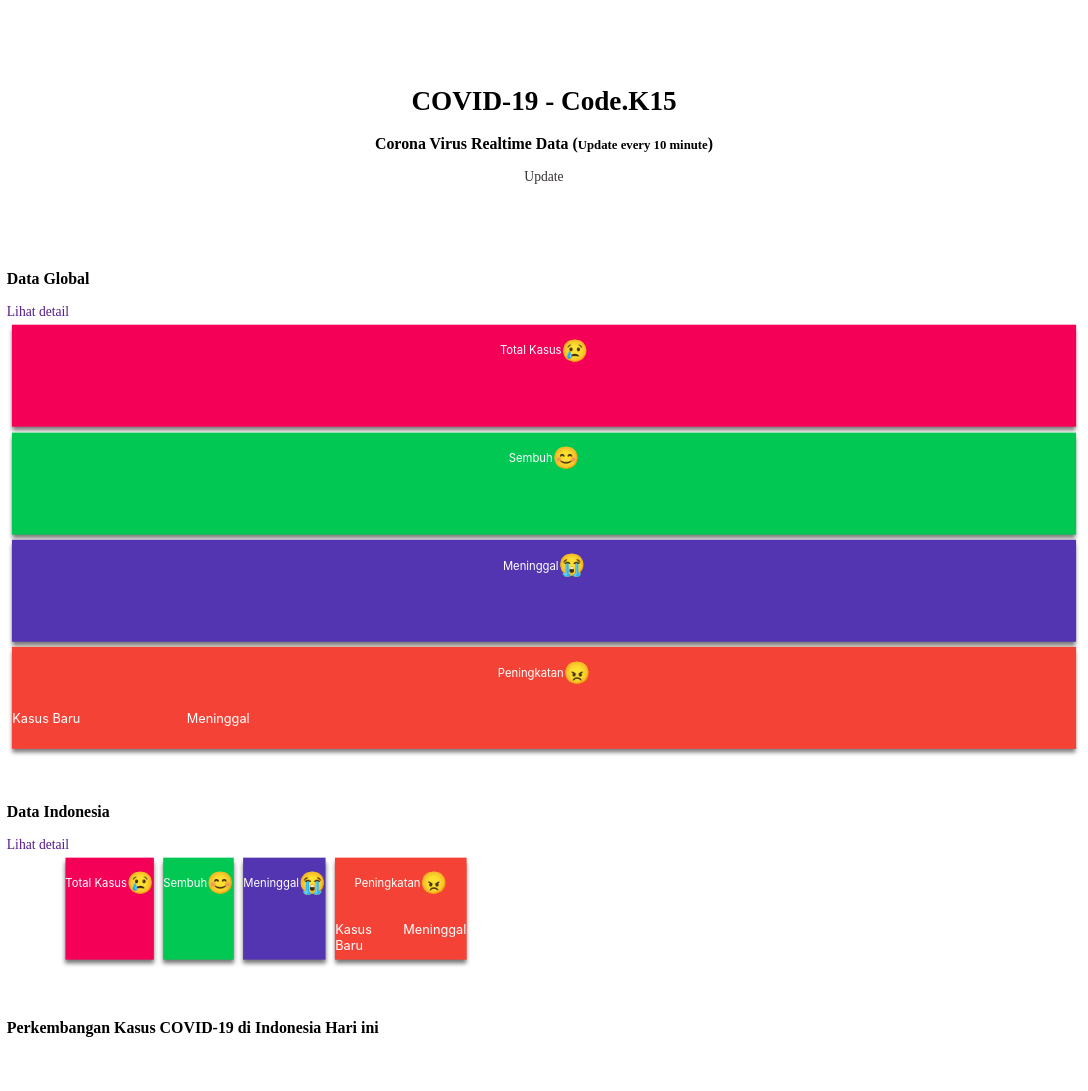
Repository: fathur15/covid19-monitoring
Page: http://localhost/covid19/apps/views/data/main/dashboard.php
An editor plug-in stored every save of this project. The page is shown before and after the next save, followed by the edit.
The browser window is 1280 px wide. The pictures show the whole page, at 85% of full size.
The page is run by PHP 8.4 with error messages shown; the project is at /var/www/html/.

Above is the page before, as saved 2020-04-14 13:54:48.

After the next save:
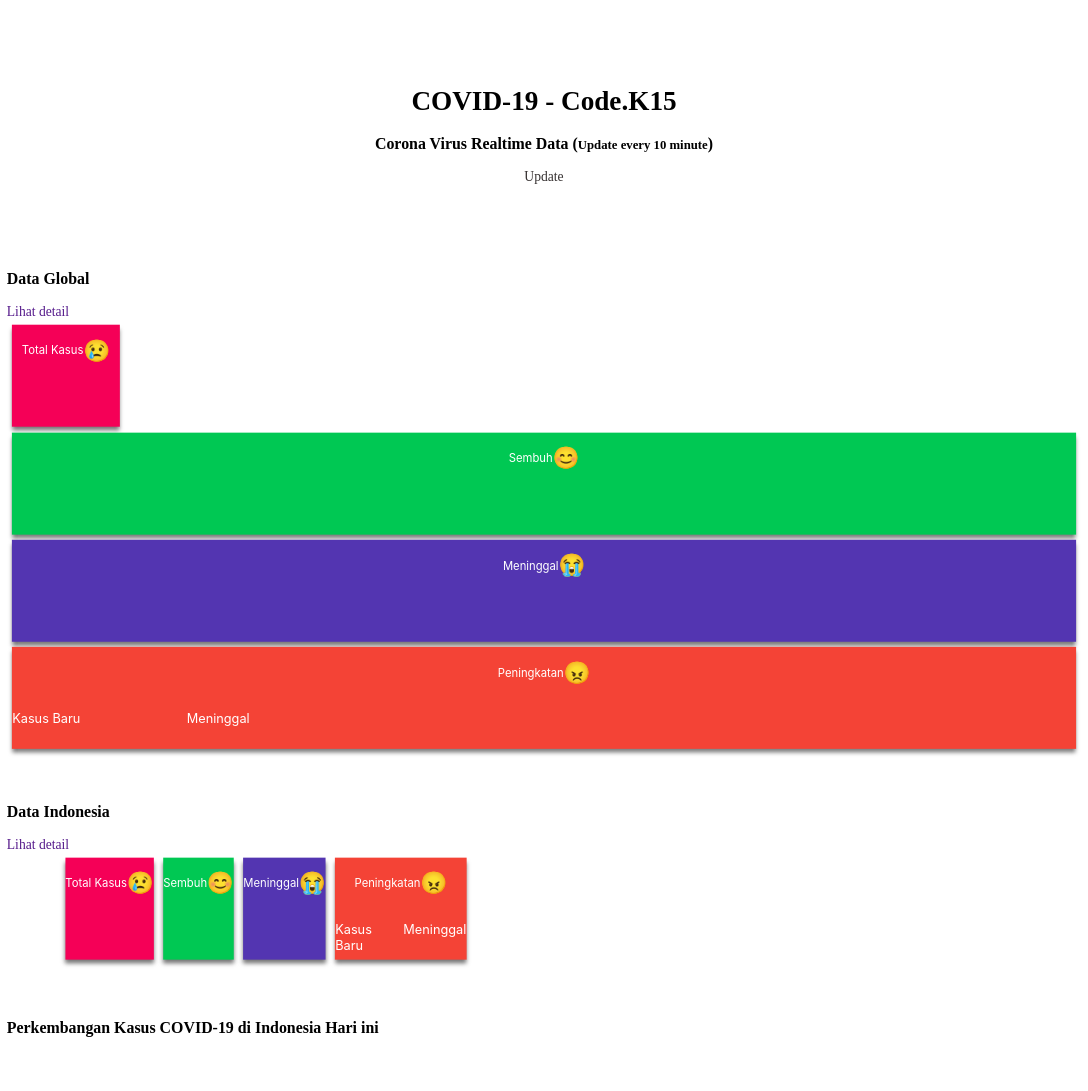
Saved 46 s later.
--- a/apps/views/data/main/dashboard.php
+++ b/apps/views/data/main/dashboard.php
@@ -46,7 +46,7 @@
                 </div>
                 <div id="resumeGlobal" class="" style="width: 100%;" >
                     <div class="row">
-                        <div class="card col-sm-3 shadow-box" style="background: #f50057; margin: 0.5%; align-items: center; height: 120px ">
+                        <div class="card col-sm-3 shadow-box" style=" width: 10% ;background: #f50057; margin: 0.5%; align-items: center; height: 120px ">
                             <div class="card-body">
                                 <div style="flex-direction: row; display: flex; justify-content: center; align-items: center">
                                     <h5 id="title-kasus-global" class="card-text">Total Kasus</h5>

After the save that followed:
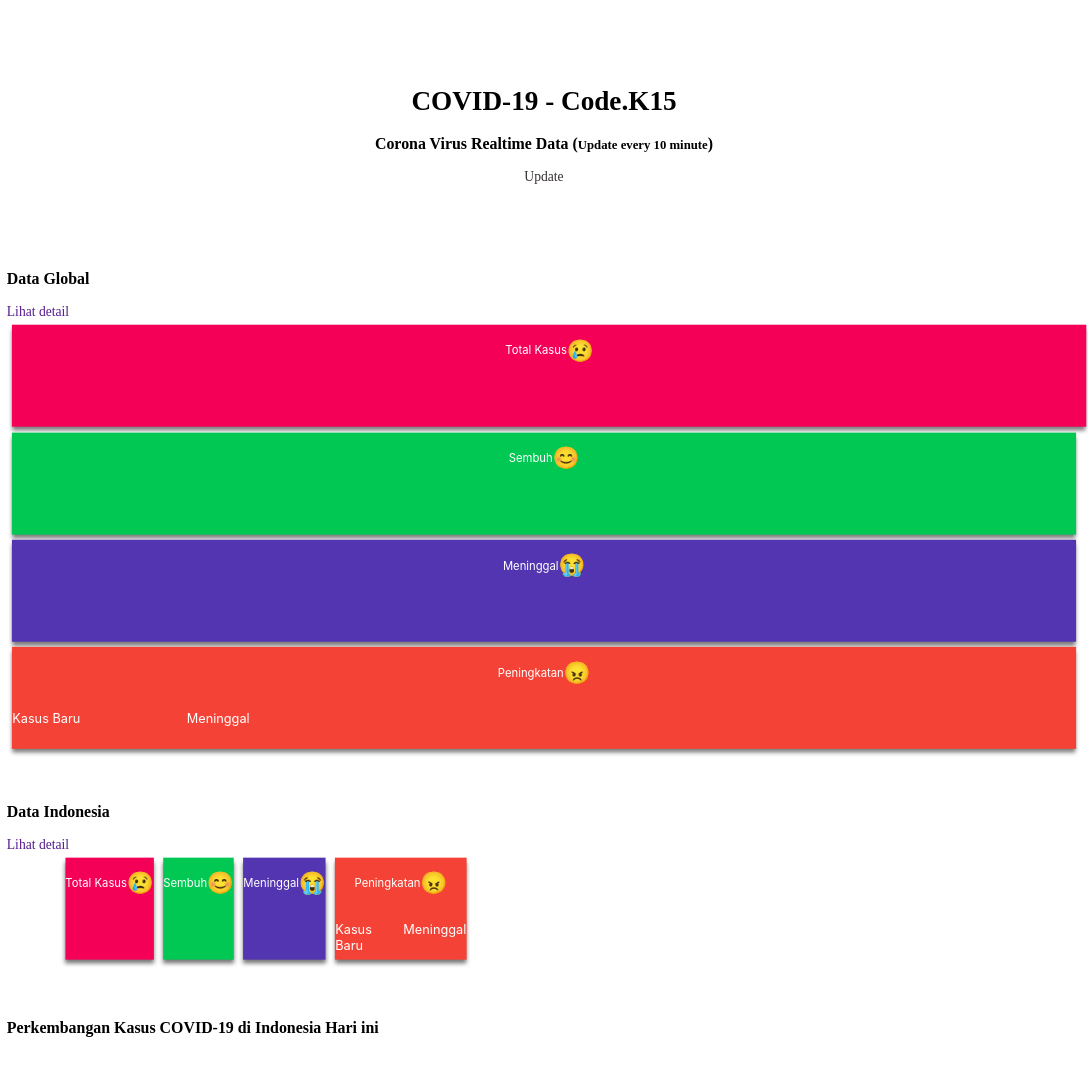
Saved 10 s later.
--- a/apps/views/data/main/dashboard.php
+++ b/apps/views/data/main/dashboard.php
@@ -46,7 +46,7 @@
                 </div>
                 <div id="resumeGlobal" class="" style="width: 100%;" >
                     <div class="row">
-                        <div class="card col-sm-3 shadow-box" style=" width: 10% ;background: #f50057; margin: 0.5%; align-items: center; height: 120px ">
+                        <div class="card col-sm-3 shadow-box" style=" width: 100% ;background: #f50057; margin: 0.5%; align-items: center; height: 120px ">
                             <div class="card-body">
                                 <div style="flex-direction: row; display: flex; justify-content: center; align-items: center">
                                     <h5 id="title-kasus-global" class="card-text">Total Kasus</h5>
